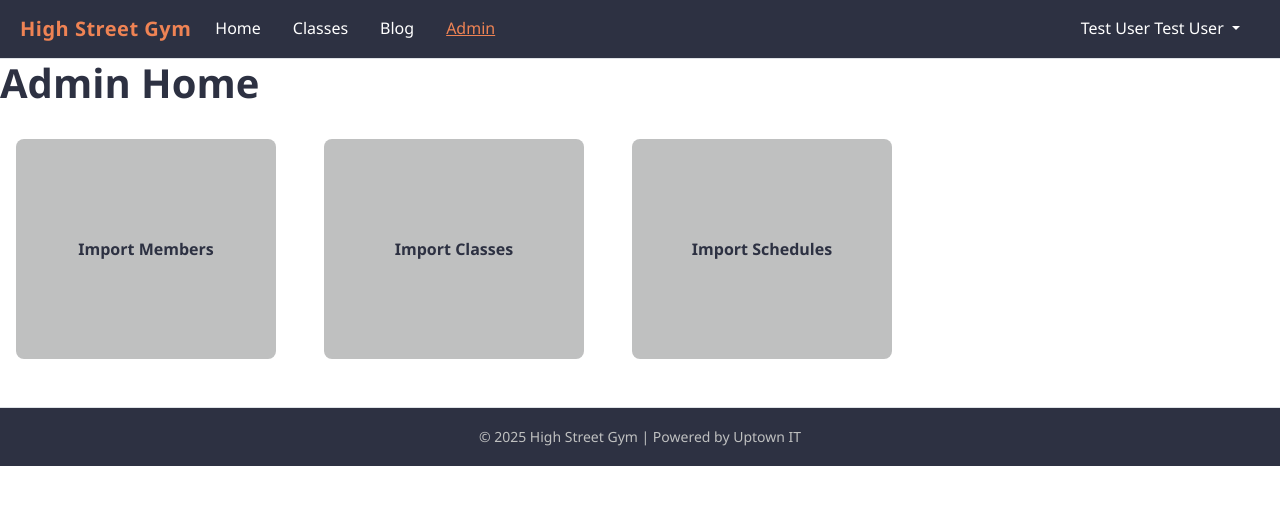
Repository: HBDSolutions/highstreetgym
Page: http://localhost/highstreetgym/controllers/content/admin_controller.php
These files come from the project's save history. The page is drawn as it stood at one moment and after the next save; the edit follows.
The browser window is 1280 px wide. The pictures show the whole page.
The page is run by PHP 8.4 with error messages shown; the project is at /var/www/html/. The session is filled in as if someone had signed in: {"user_id": 1, "user_email": "test@example.com", "first_name": "Test User", "last_name": "Test User", "user_type": "admin", "logged_in": true}. Other server files are loaded and not shown.

Above is the page before, as saved 2025-11-08 10:33:43.

### controllers/content/admin_controller.php
<?php
// ADMIN CONTROLLER
// PURPOSE: LOADS ADMIN HOME VIA ADMIN LAYOUT

declare(strict_types=1);

// Start session
if (session_status() === PHP_SESSION_NONE) {
    session_start();
}

// Include dependencies
require_once __DIR__ . '/../../models/database.php';
require_once __DIR__ . '/../../models/session.php';

// Require admin permission
require_permission('admin');

// Get authentication state
$currentUser = get_current_user_display();
$isLoggedIn = $currentUser['is_logged_in'];
$userId = $currentUser['user_id'];
$userName = $currentUser['user_name'];
$userType = $currentUser['user_type'];

// Define view variables for admin layout
$pageTitle = 'Admin Home';
$title = $pageTitle . ' - High Street Gym';
$contentView = __DIR__ . '/../../views/admin/dashboard.php';

// USE ADMIN LAYOUT DIRECTLY (FOR ADMIN USERS)
require __DIR__ . '/../layouts/admin_layout.php';

### models/database.php
<?php

//database connection details
$servername = "localhost";
$username = "connect_hsg";
$password = "HighStreetGym1!";
$database = "highstreetgym";

//connect to the database
try {
	//connect to the database
	$conn = new PDO("mysql:host=$servername;dbname=$database", $username,	$password);
	//set the PDO error mode to exception
	$conn->setAttribute(PDO::ATTR_ERRMODE, PDO::ERRMODE_EXCEPTION);
}
catch (PDOException $e) {
    die("Database connection failed: " . $e->getMessage());
}

// FUNCTION TO GET DATABASE CONNECTION
function get_database_connection() {
    static $connection = null;

    if ($connection === null) {
        $servername = "localhost";
        $username = "connect_hsg";
        $password = "HighStreetGym1!";
        $database = "highstreetgym";

        try {
            $connection = new PDO("mysql:host=$servername;dbname=$database", $username, $password);
            $connection->setAttribute(PDO::ATTR_ERRMODE, PDO::ERRMODE_EXCEPTION);
        } catch (PDOException $e) {
            die("Database connection failed: " . $e->getMessage());
        }
    }

    return $connection;
}

?>

### models/session.php
<?php

// SESSION MANAGEMENT FUNCTIONS

// CHECK IF USER IS LOGGED IN

function is_user_logged_in() {
    return isset($_SESSION['logged_in']) && $_SESSION['logged_in'] === true;
}

// GET USER DATA

function get_current_user_display() {
    if (!is_user_logged_in()) {
        return [
            'is_logged_in' => false,
            'user_name' => 'Guest',
            'user_type' => null,
            'user_email' => null,
            'user_id' => null
        ];
    }

    // DERIVE FULL NAME
    $firstName = $_SESSION['first_name'] ?? '';
    $lastName = $_SESSION['last_name'] ?? '';
    $fullName = trim($firstName . ' ' . $lastName);

    // FALLBACK TO USER IF NO NAME
    if (empty($fullName)) {
        $fullName = 'User';
    }

    return [
        'is_logged_in' => true,
        'user_name' => $fullName,
        'user_type' => $_SESSION['user_type'] ?? 'member',
        'user_email' => $_SESSION['user_email'] ?? '',
        'user_id' => $_SESSION['user_id'] ?? null
    ];
}

// CHECK USER PERMISSION

function user_has_permission($requiredType) {
    if (!is_user_logged_in()) {
        return false;
    }

    $userType = $_SESSION['user_type'] ?? 'member';

    // ADMINS HAVE ALL PERMISSIONS
    if ($userType === 'admin') {
        return true;
    }

    // CHECK SPECIFIC PERMISSION
    return $userType === $requiredType;
}

// REQUIRE LOGIN

function require_login($redirectAfterLogin = '') {
    if (!is_user_logged_in()) {
        $redirect = $redirectAfterLogin ?: $_SERVER['REQUEST_URI'];
        header('Location: controllers/auth/login_controller.php?msg=login_required&redirect=' . urlencode($redirect));
        exit;
    }
}

// REQUIRE SPECIFIC USER TYPE

function require_permission($requiredType) {
    require_login();

    if (!user_has_permission($requiredType)) {
        $_SESSION['error_message'] = 'You do not have permission to access this page.';
        header('Location: /highstreetgym/index.php');
        exit;
    }
}
?>

### controllers/layouts/admin_layout.php
<?php
// ADMIN LAYOUT CONTROLLER
// PURPOSE: PAGE-LEVEL SETUP FOR ADMIN-ONLY PAGES

// INCLUDE DEPENDENCIES
require_once __DIR__ . '/base_layout.php';


// INITIALISE BASE LAYOUT DATA
$layoutData = init_base_layout();

// ENFORCE ADMIN ACCESS
$currentUser = $layoutData['currentUser'];
$isLoggedIn  = $layoutData['isLoggedIn'];

if (!$isLoggedIn) {
    $_SESSION['redirect_after_login'] = $_SERVER['REQUEST_URI'] ?? '/';
    header('Location: /highstreetgym/index.php');
    exit;
}

if (($currentUser['user_type'] ?? null) !== 'admin') {
    $_SESSION['error_message'] = 'Access denied. Admin privileges required.';
    header('Location: /highstreetgym/index.php');
    exit;
}

// EXTRACT LAYOUT VARIABLES
$userId      = $layoutData['userId'];
$userName    = $layoutData['userName'];
$userEmail   = $layoutData['userEmail'];
$userType    = 'admin';
$currentPath = $layoutData['currentPath'];

// NAVIGATION FLAGS
$showAdminMenu   = true;
$showMemberMenu  = true;
$showLoginButton = false;

// VALIDATE REQUIRED VIEW VARIABLES
validate_layout_requirements($pageTitle ?? '', $contentView ?? '');

// SET PAGE TITLE
$title = ($pageTitle ?? 'Admin') . ' - Admin - High Street Gym';

// RENDER ADMIN LAYOUT VIEW
include __DIR__ . '/../../views/layouts/admin.php';
?>

### controllers/layouts/base_layout.php
<?php
// BASE LAYOUT

// Shared functionality for all layout controllers
// Returns all common data needed by layout controllers

// Include required models
require_once __DIR__ . '/../../models/database.php';
require_once __DIR__ . '/../../models/session.php';
require_once __DIR__ . '/../../models/navigation.php';

function init_base_layout() {
    // Start session if not already started
    if (session_status() === PHP_SESSION_NONE) {
        session_start();
    }

    // Get user authentication state
    $currentUser = get_current_user_display();

    // Prepare navigation path
    $currentPath = parse_url($_SERVER['REQUEST_URI'] ?? '/', PHP_URL_PATH) ?: '/';

    // Login modal setup
    $modalLoginError = $_SESSION['modal_login_error'] ?? null;
    unset($_SESSION['modal_login_error']);

    $showModalLoginError = !empty($modalLoginError);

    $loginModalContext = [
        'showErrorAlert' => $showModalLoginError,
        'errorMessage' => $modalLoginError ?? '',
        'formAction' => '/highstreetgym/controllers/auth/login_controller.php'
    ];

    // Return all data as an associative array
    return [
        // User authentication
        'currentUser' => $currentUser,
        'isLoggedIn' => $currentUser['is_logged_in'],
        'userId' => $currentUser['user_id'],
        'userName' => $currentUser['user_name'],
        'userEmail' => $currentUser['user_email'],
        'userType' => $currentUser['user_type'],

        // Navigation
        'currentPath' => $currentPath,

        // Login modal
        'modalLoginError' => $modalLoginError,
        'showModalLoginError' => $showModalLoginError,
        'showLoginModal' => $showModalLoginError,
        'loginModalContext' => $loginModalContext
    ];
}

// Validate required view variables

function validate_layout_requirements($pageTitle, $contentView) {
    if (empty($pageTitle)) {
        die('Error: Content controller must define $pageTitle');
    }

    if (empty($contentView) || !file_exists($contentView)) {
        die('Error: Content controller must define valid $contentView');
    }
}

?>

### models/navigation.php
<?php
// NAVIGATION MODEL
// PURPOSE: PROVIDES NAV STATE + ACTIVE-LINK HELPERS FOR VIEWS

// GET NAVIGATION DATA FOR VIEWS
function get_navigation_data(): array {
    // USER STATE
    $currentUser  = get_current_user_display();
    $isLoggedIn   = $currentUser['is_logged_in'] ?? false;
    $userName     = $currentUser['user_name']    ?? '';
    $userType     = $currentUser['user_type']    ?? 'guest';
    $isAdmin      = ($userType === 'admin');

    // USER FLAGS TO SHOW/HIDE NAV ITEMS
    $showMemberMenu  = $isLoggedIn;
    $showAdminMenu   = $isAdmin;
    $showLoginButton = !$isLoggedIn;

    // CURRENT PATH FOR ACTIVE-LINK DETECTION
    $currentPath = parse_url($_SERVER['REQUEST_URI'] ?? '/', PHP_URL_PATH) ?: '/';

    // LOGIN MODAL CONTEXT
    $modalLoginError = $_SESSION['modal_login_error'] ?? null;
    unset($_SESSION['modal_login_error']);
    $showLoginModal = !empty($modalLoginError);

    $loginModalContext = [
        'showErrorAlert' => $showLoginModal,
        'errorMessage'   => $modalLoginError ?? '',
        'formAction'     => '/highstreetgym/controllers/content/auth/login_controller.php'
    ];

    return [
        'isLoggedIn'       => $isLoggedIn,
        'userName'         => $userName,
        'userType'         => $userType,
        'isAdmin'          => $isAdmin,
        'showMemberMenu'   => $showMemberMenu,
        'showAdminMenu'    => $showAdminMenu,
        'showLoginButton'  => $showLoginButton,
        'currentPath'      => $currentPath,
        'showLoginModal'   => $showLoginModal,
        'loginModalContext'=> $loginModalContext
    ];
}

// ACTIVE-LINK CHECK USING EXPLICIT PATH
function is_navigation_active(string $needle, string $currentPath): string {
    return str_ends_with($currentPath, $needle) ? 'active' : '';
}

// CANONICAL HELPER CALLED BY VIEWS/PARTIALS
if (!function_exists('nav_active')) {
    function nav_active(string $needle, ?string $currentPath = null): string {
        $path = $currentPath ?? (parse_url($_SERVER['REQUEST_URI'] ?? '/', PHP_URL_PATH) ?: '/');
        return (str_ends_with($path, $needle)) ? 'active' : '';
    }
}

### views/layouts/admin.php
<?php
// PREPARE NAVIGATION DATA
$navData = get_navigation_data();
?>

<!DOCTYPE html>
<html lang="en">
    <head>
        <meta charset="UTF-8">
        <meta name="viewport" content="width=device-width, initial-scale=1.0">
        <title><?= htmlspecialchars($title) ?></title>

        <!-- Bootstrap CSS -->
        <link href="https://cdn.jsdelivr.net/npm/bootstrap@5.3.0/dist/css/bootstrap.min.css" rel="stylesheet">
        <!-- Bootstrap Icons -->
        <link rel="stylesheet" href="https://cdn.jsdelivr.net/npm/bootstrap-icons@1.11.0/font/bootstrap-icons.css">
        <!-- Custom CSS -->
        <link rel="stylesheet" href="/highstreetgym/assets/css/style.css">
    </head>
    <body>
        <!-- Admin Navigation -->
        <?php include __DIR__ . '/../partials/nav.php'; ?>

        <!-- Main Content -->
        <main>
            <?php include $contentView; ?>
        </main>

        <!-- Footer -->
        <?php include __DIR__ . '/../partials/footer.php'; ?>

        <script src="https://cdn.jsdelivr.net/npm/bootstrap@5.3.0/dist/js/bootstrap.bundle.min.js"></script>
    </body>
</html>

### views/partials/nav.php
<?php
// NAVIGATION PARTIAL
// PURPOSE: RENDERS TOP NAV USING VARIABLES PROVIDED BY LAYOUT

// USE PROVIDED VARIABLES WHEN AVAILABLE; FALL BACK SAFELY
$currentPath = $currentPath ?? ($_SERVER['REQUEST_URI'] ?? '');
$isLoggedIn  = isset($isLoggedIn) ? $isLoggedIn : (!empty($_SESSION['user_id'] ?? null));
$userName    = $userName   ?? trim(($isLoggedIn ? (($_SESSION['first_name'] ?? '') . ' ' . ($_SESSION['last_name'] ?? '')) : ''));
$userType    = $userType   ?? ($isLoggedIn ? ($_SESSION['user_type'] ?? 'member') : 'guest');
$isAdmin     = $isAdmin    ?? ($userType === 'admin');
?>

<nav class="navbar navbar-expand-lg navbar-dark bg-dark border-bottom">
  <div class="container-fluid px-3">
    <a class="navbar-brand ms-1" href="/highstreetgym/controllers/content/home_controller.php">High Street Gym</a>

    <button class="navbar-toggler" type="button" data-bs-toggle="collapse" data-bs-target="#mainNav" aria-controls="mainNav" aria-expanded="false" aria-label="Toggle navigation">
      <span class="navbar-toggler-icon"></span>
    </button>

    <div class="collapse navbar-collapse" id="mainNav">
        <!-- LEFT LINKS -->
        <ul class="navbar-nav me-auto mb-2 mb-lg-0">
        <li class="nav-item">
            <a class="nav-link <?php echo nav_active('/home_controller.php', $currentPath); ?>" href="/highstreetgym/controllers/content/home_controller.php">Home</a>
        </li>
        <li class="nav-item">
            <a class="nav-link <?php echo nav_active('/classes_controller.php', $currentPath); ?>" href="/highstreetgym/controllers/content/classes_controller.php">Classes</a>
        </li>
        <li class="nav-item">
            <a class="nav-link <?php echo nav_active('/blog_controller.php', $currentPath); ?>" href="/highstreetgym/controllers/content/blog_controller.php">Blog</a>
        </li>

        <?php if ($isLoggedIn && !$isAdmin): ?>
            <li class="nav-item">
            <a class="nav-link <?php echo nav_active('/bookings_controller.php', $currentPath); ?>" href="/highstreetgym/controllers/content/bookings_controller.php">My Bookings</a>
            </li>
        <?php endif; ?>

        <?php if ($isAdmin): ?>
            <li class="nav-item">
            <a class="nav-link <?php echo nav_active('/admin_controller.php', $currentPath); ?>" href="/highstreetgym/controllers/content/admin_controller.php">Admin</a>
            </li>
        <?php endif; ?>
        </ul>

        <!-- RIGHT SIDE -->
        <ul class="navbar-nav ms-auto">
        <?php if ($isLoggedIn): ?>
            <li class="nav-item dropdown">
            <a class="nav-link dropdown-toggle <?php echo nav_active('/profile', $currentPath); ?>" href="#" id="userMenu" role="button" data-bs-toggle="dropdown" aria-expanded="false">
                <?php echo htmlspecialchars($userName ?: 'Account'); ?>
            </a>
            <ul class="dropdown-menu dropdown-menu-end" aria-labelledby="userMenu">
                <?php if ($isAdmin): ?>
                <li><a class="dropdown-item" href="/highstreetgym/controllers/content/admin_controller.php">Admin Home</a></li>
                <li><hr class="dropdown-divider"></li>
                <?php else: ?>
                <li><a class="dropdown-item" href="/highstreetgym/controllers/content/bookings_controller.php">My Bookings</a></li>
                <li><hr class="dropdown-divider"></li>
                <?php endif; ?>
                <li><a class="dropdown-item" href="/highstreetgym/controllers/auth/logout_controller.php">Logout</a></li>
            </ul>
            </li>
        <?php else: ?>
            <li class="nav-item">
            <a class="nav-link <?php echo nav_active('/login_controller.php'); ?>" href="/highstreetgym/controllers/auth/login_controller.php">Login</a>
            </li>
            <li class="nav-item">
            <a class="nav-link <?php echo nav_active('/register_controller.php'); ?>" href="/highstreetgym/controllers/auth/register_controller.php">Register</a>
            </li>
        <?php endif; ?>
        </ul>
    </div>
  </div>
</nav>

### views/admin/dashboard.php
<?php
// ADMIN HOME VIEW
// PURPOSE: PROVIDES ADMIN LANDING PAGE WITH IMPORT LINKS
?>

<!-- SKIP LINK FOR ACCESSIBILITY -->
<a class="skip-link" href="#main">Skip to content</a>

<!-- PAGE TITLE -->
<header>
  <h1>Admin Home</h1>
</header>

<!-- IMPORT LINKS -->
<section aria-label="Admin Imports">
  <div class="tile">
    <a href="/highstreetgym/controllers/content/xml_import_controller.php?type=members">Import Members</a>
  </div>

  <div class="tile">
    <a href="/highstreetgym/controllers/content/xml_import_controller.php?type=classes">Import Classes</a>
  </div>

  <div class="tile">
    <a href="/highstreetgym/controllers/content/xml_import_controller.php?type=schedules">Import Schedules</a>
  </div>
</section>

### views/partials/footer.php
<footer class="text-center text-muted py-3 border-top">
  <small>&copy; <?= date('Y') ?> High Street Gym | Powered by Uptown IT</small>
</footer>

### assets/css/style.css
/* === High Street Gym Custom Theme === */
:root {
  /* Base brand palette */
  --hsg-primary:   #EF8354;
  --hsg-secondary: #4F5D75;
  --hsg-muted:     #BFC0C0;
  --hsg-dark:      #2D3142;
  --hsg-light:     #FFFFFF;

  /* Bootstrap variable overrides */
  --bs-body-bg: var(--hsg-light);
  --bs-body-color: var(--hsg-dark);
  --bs-primary: var(--hsg-primary);
  --bs-secondary: var(--hsg-secondary);
  --bs-success: #2ECC71;
  --bs-danger:  #E74C3C;
  --bs-warning: #F1C40F;
  --bs-info:    #3498DB;
  --bs-border-radius: .5rem;
  --bs-font-sans-serif: "Segoe UI", Roboto, "Helvetica Neue", Arial, sans-serif;
}

/* === Global layout === */
body {
  background-color: var(--bs-body-bg);
  color: var(--bs-body-color);
  line-height: 1.6;
}

h1, h2, h3, h4 {
  font-weight: 600;
  color: var(--hsg-dark);
}

/* === Navbar === */
.navbar {
  background-color: var(--hsg-dark) !important;
}
.navbar .navbar-brand {
  color: var(--hsg-primary) !important;
  font-weight: 700;
  letter-spacing: .5px;
}
.navbar .nav-link {
  color: var(--hsg-light) !important;
  margin-right: 1rem;
  transition: color .2s ease-in-out;
}
.navbar .nav-link:hover,
.navbar .nav-link.active {
  color: var(--hsg-primary) !important;
  text-decoration: underline;
}

/* === Main container card === */
main.container {
  background: var(--hsg-light);
  padding: 2rem;
  border-radius: var(--bs-border-radius);
  box-shadow: 0 4px 12px rgba(0,0,0,0.08);
}

/* === Buttons === */
.btn-primary {
  background-color: var(--hsg-primary);
  border-color: var(--hsg-primary);
}
.btn-primary:hover {
  background-color: var(--hsg-secondary);
  border-color: var(--hsg-secondary);
}

/* TILE STYLES */
.tile {
  display: inline-block;
  width: 260px;
  height: 220px;
  margin: 1rem;
  background: var(--hsg-muted);
  color: var(--hsg-dark);
  border-radius: 0.5rem;
  text-align: center;
  vertical-align: top;
  transition: transform 0.2s ease;
}

.tile a {
  display: block;
  height: 100%;
  width: 100%;
  line-height: 220px;
  font-weight: 600;
  text-decoration: none;
  color: inherit;
}

.tile:hover,
.tile a:focus-visible {
  transform: translateY(-3px);
  outline: none;
}

/* ACCESSIBLE SKIP LINK */
.skip-link { position: absolute; left: -9999px; top: auto; width: 1px; height: 1px; overflow: hidden; }
.skip-link:focus { position: static; width: auto; height: auto; margin: 0.5rem; }

/* SIMPLE LAYOUT FOR THE TILE SECTION (uses your tokens only) */
section[aria-label="Admin Imports"] {
  display: flex;
  flex-wrap: wrap;
  gap: 1rem;
  align-items: stretch;
  margin: 1rem 0 2rem;
}

/* SMALL-SCREEN TWEAK (optional) */
@media (max-width: 576px) {
  .tile { width: 100%; height: 180px; line-height: normal; }
  .tile a { line-height: 180px; }
}

/* === Tables === */
.table {
  color: var(--hsg-dark);
  border-color: var(--hsg-muted);
}
.table thead {
  background-color: var(--hsg-secondary);
  color: var(--hsg-light);
}
.table-striped tbody tr:nth-of-type(odd) {
  background-color: #f8f9fa;
}

/* === Footer === */
footer {
  background-color: var(--hsg-dark);
  color: var(--hsg-light);
  text-align: center;
  padding: 1rem 0;
}
footer small {
  color: var(--hsg-muted);
}

/* === Utility tweaks === */
a { color: var(--hsg-primary); }
a:hover { color: var(--hsg-secondary); }

.list-group-item {
  border: none;
  border-bottom: 1px solid var(--hsg-muted);
}

After the next save:
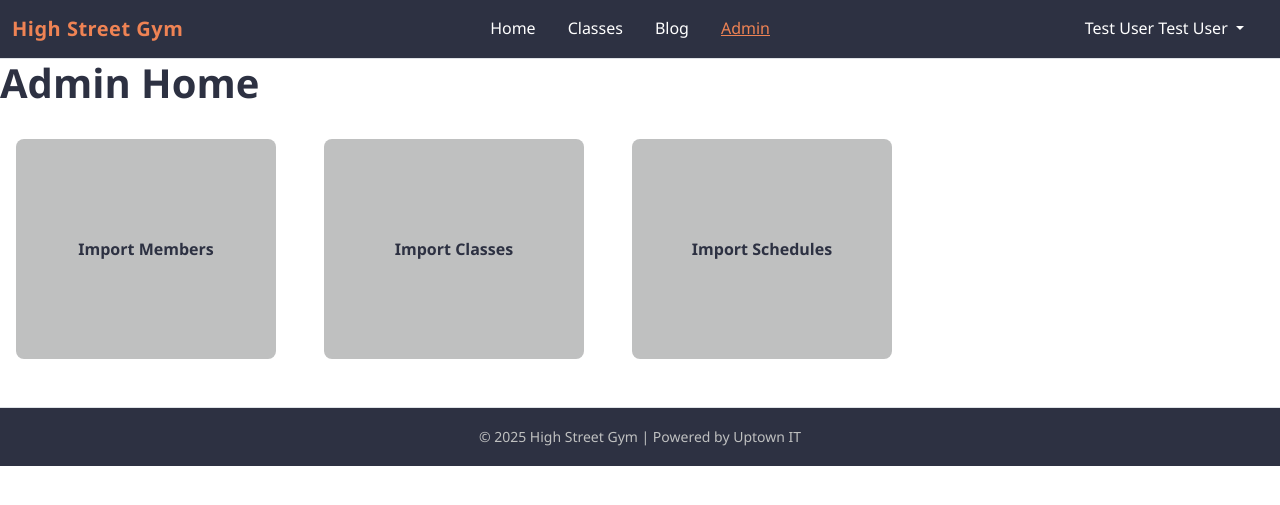
Saved 2 days later.
--- a/views/partials/nav.php
+++ b/views/partials/nav.php
@@ -11,8 +11,8 @@ $isAdmin     = $isAdmin    ?? ($userType === 'admin');
 ?>
 
 <nav class="navbar navbar-expand-lg navbar-dark bg-dark border-bottom">
-  <div class="container-fluid px-3">
-    <a class="navbar-brand ms-1" href="/highstreetgym/controllers/content/home_controller.php">High Street Gym</a>
+  <div class="container-fluid">
+    <a class="navbar-brand" href="/highstreetgym/controllers/content/home_controller.php">High Street Gym</a>
 
     <button class="navbar-toggler" type="button" data-bs-toggle="collapse" data-bs-target="#mainNav" aria-controls="mainNav" aria-expanded="false" aria-label="Toggle navigation">
       <span class="navbar-toggler-icon"></span>
@@ -20,7 +20,7 @@ $isAdmin     = $isAdmin    ?? ($userType === 'admin');
 
     <div class="collapse navbar-collapse" id="mainNav">
         <!-- LEFT LINKS -->
-        <ul class="navbar-nav me-auto mb-2 mb-lg-0">
+        <ul class="navbar-nav ms-auto mb-2 mb-lg-0">
         <li class="nav-item">
             <a class="nav-link <?php echo nav_active('/home_controller.php', $currentPath); ?>" href="/highstreetgym/controllers/content/home_controller.php">Home</a>
         </li>
